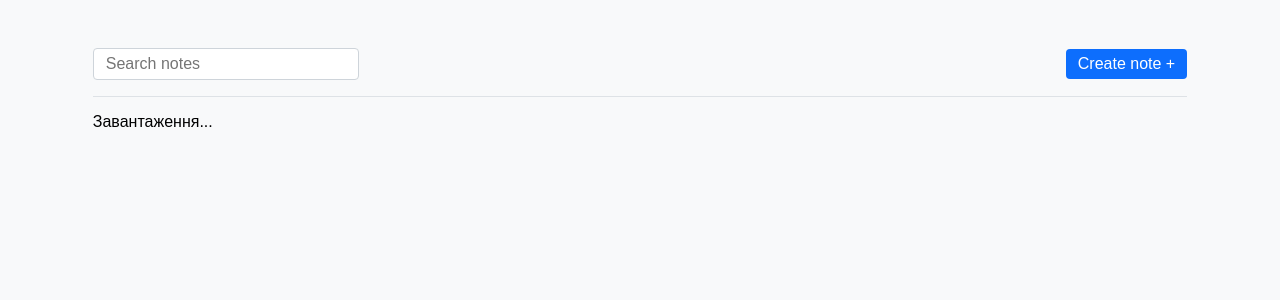
Repository: SvitSh/05-notehub
Page: /
These files come from the project's save history. The page is drawn as it stood at one moment and after the next save; the edit follows.
The browser window is 1280 px wide. The pictures show the whole page.
The page's requests for data from a server got no answer. The project was rebuilt for these pictures with package versions that can differ from the ones it lists, and the page was loaded fresh each time. No one was signed in, and anything a server would have sent is missing. Also part of the build but not shown: vite.config.ts, src/components/Pagination/Pagination.module.css, src/components/Pagination/Pagination.tsx, src/components/NoteList/NoteList.module.css, src/components/Modal/Modal.module.css, src/components/Modal/Modal.tsx, src/components/NoteForm/NoteForm.module.css, src/components/NoteForm/NoteForm.tsx.

Above is the page before, as saved 2025-07-27 11:39:54.

After the next save:
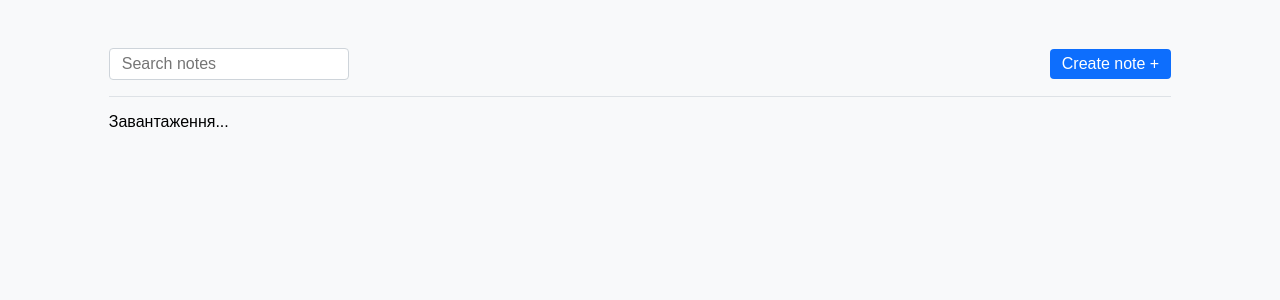
Saved 7 s later.
--- a/src/main.tsx
+++ b/src/main.tsx
@@ -1,17 +1,12 @@
+// src/main.tsx
 import React from "react";
 import ReactDOM from "react-dom/client";
 import App from "./components/App/App";
-import { QueryClient, QueryClientProvider } from "@tanstack/react-query";
+import "modern-normalize";
 import "./index.css";
 
-const queryClient = new QueryClient();
-
-const root = ReactDOM.createRoot(document.getElementById("root")!);
-
-root.render(
+ReactDOM.createRoot(document.getElementById("root")!).render(
   <React.StrictMode>
-    <QueryClientProvider client={queryClient}>
-      <App />
-    </QueryClientProvider>
+    <App />
   </React.StrictMode>
 );
